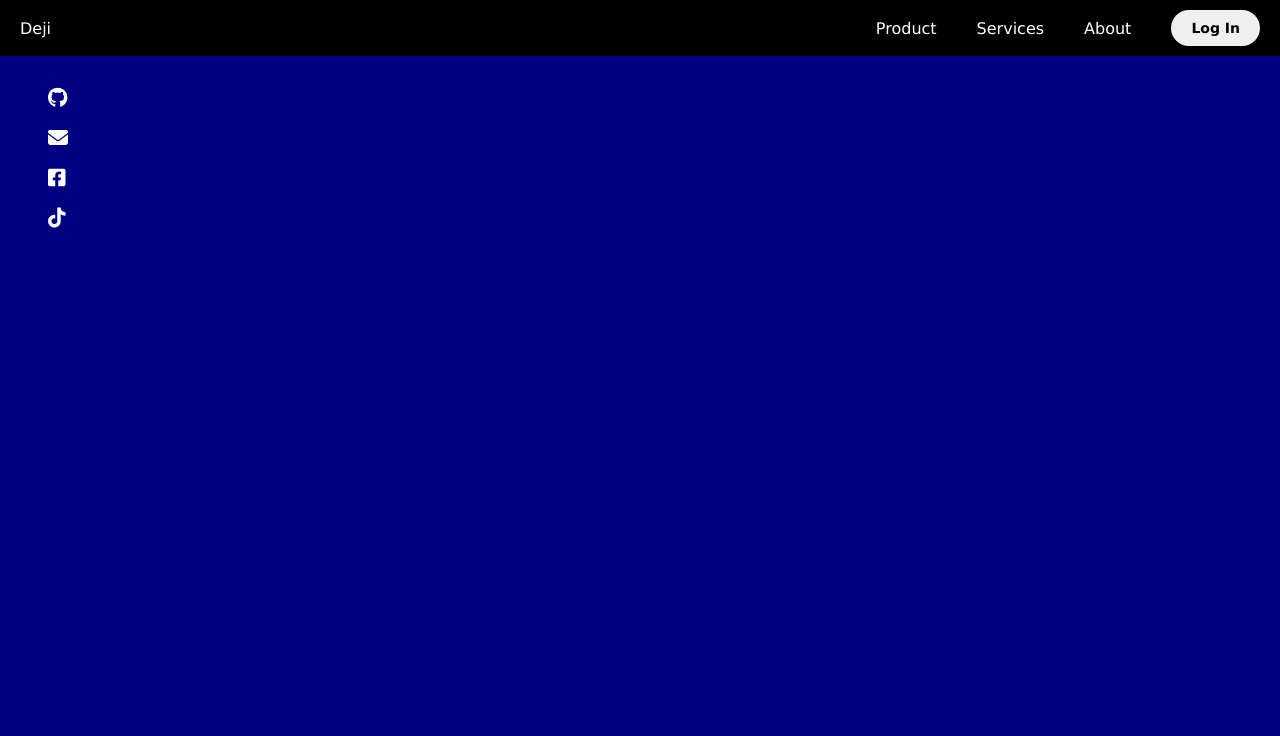
Repository: imokha01/Flexbox-and-Position-Example
Page: index.html
An editor plug-in stored every save of this project. The page is shown before and after a run of saves, followed by the edit.
The browser window is 1280 px wide. The pictures show the whole page.

Above is the page before, as saved 2023-11-21 17:07:24.

After the next 6 saves:
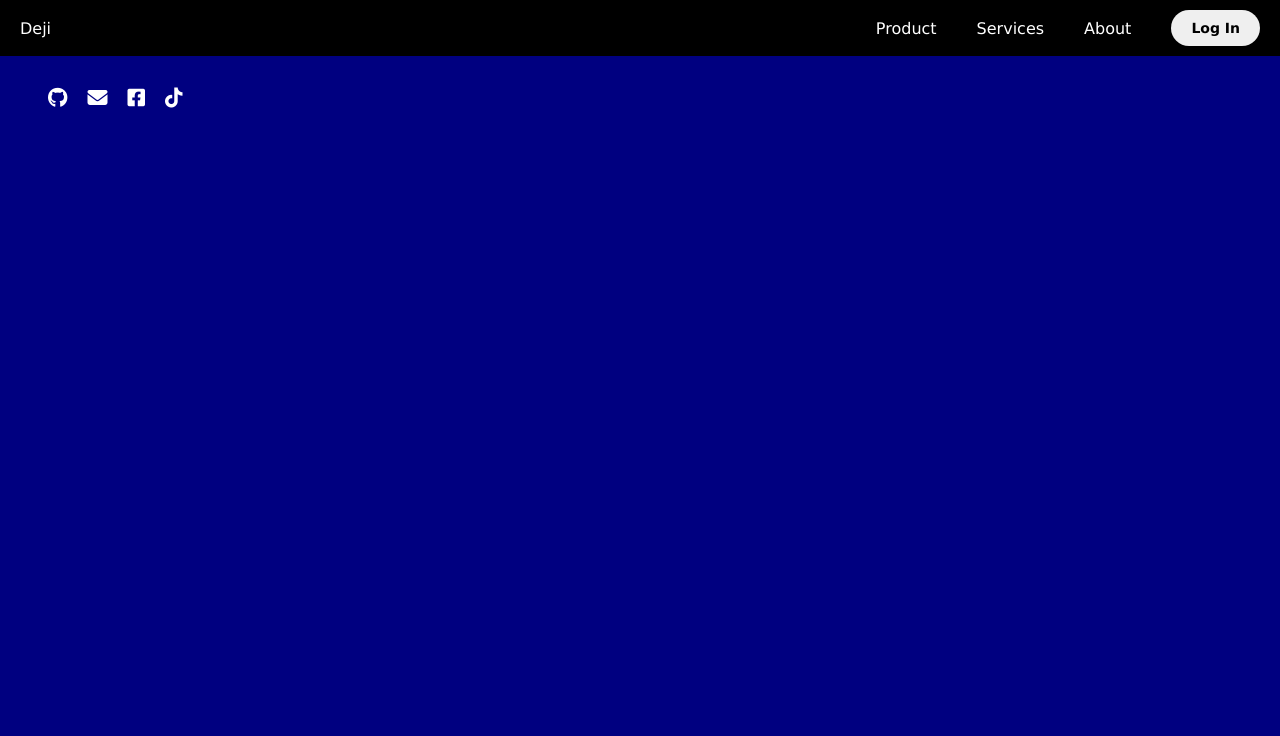
The 6 saves are shown as one change because they came seconds apart.
The last was saved 6 min 21 s later.
--- a/index.css
+++ b/index.css
@@ -66,6 +66,8 @@
     color: white;
     font-size: 20px;;
     display: flex;
+    justify-items: center;
+    al
     flex-direction: column;
     gap: 20px;
     position: absolute;

After the 5 saves that followed:
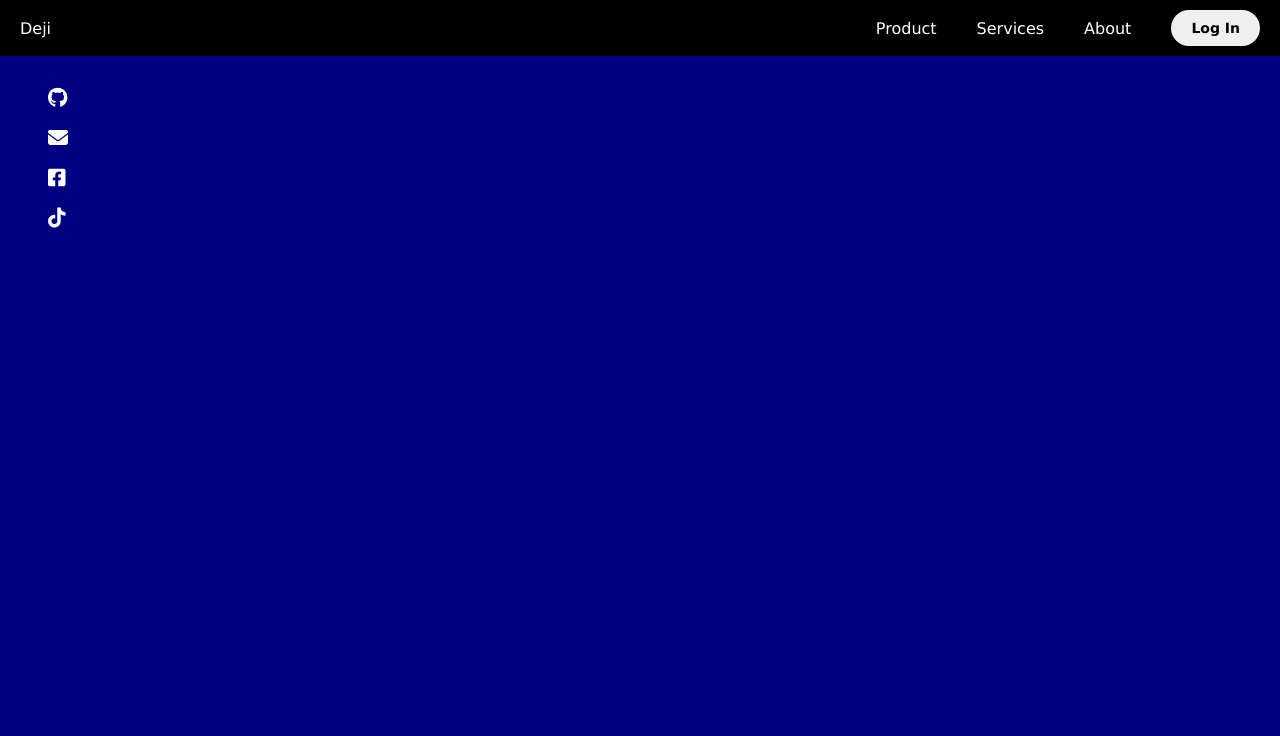
The 5 saves are shown as one change because they came seconds apart.
The last was saved 12 s later.
--- a/index.css
+++ b/index.css
@@ -66,8 +66,7 @@
     color: white;
     font-size: 20px;;
     display: flex;
-    justify-items: center;
-    al
+    justify-content: center;
     flex-direction: column;
     gap: 20px;
     position: absolute;
